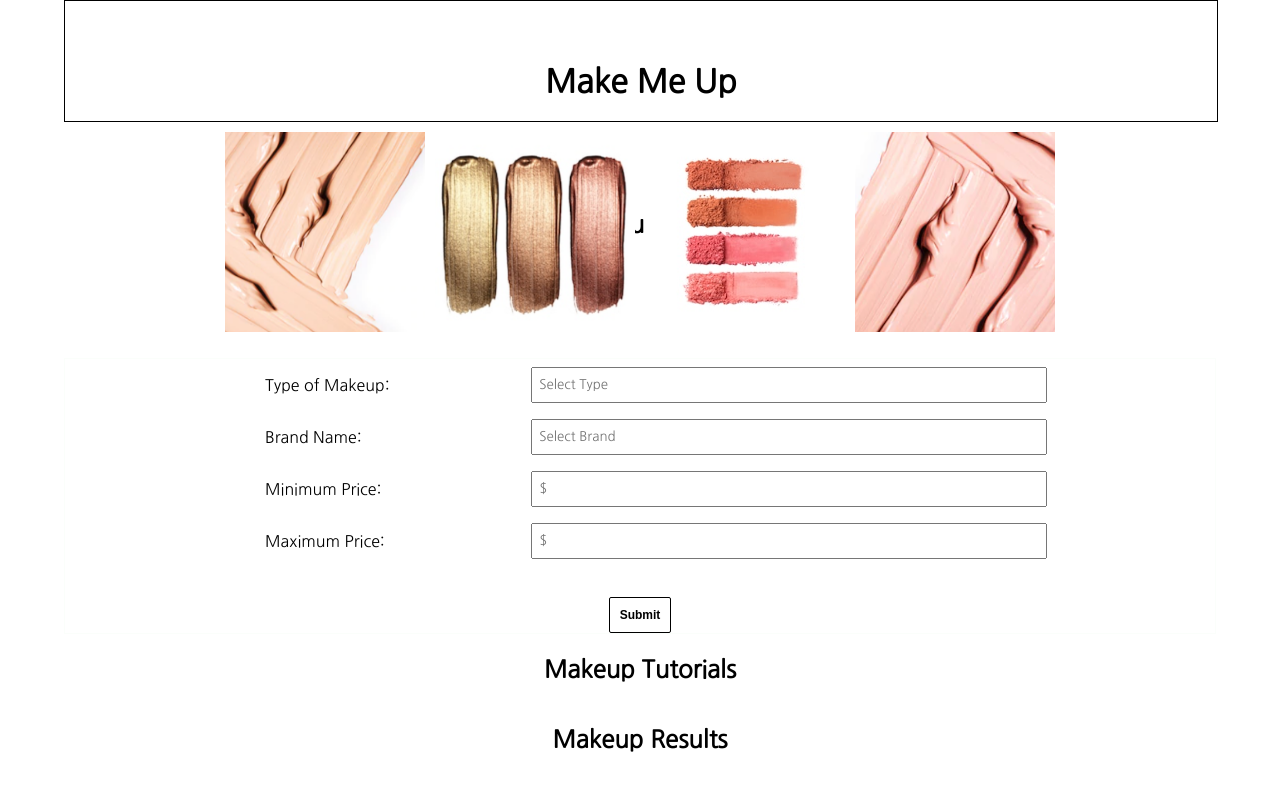
Repository: kaitlynMidori/MakeMeUp
Page: index.html
An editor plug-in stored every save of this project. The page is shown before and after the next save, followed by the edit.
The browser window is 1280 px wide. The pictures show the whole page.

Above is the page before, as saved 2020-12-13 17:23:31.

After the next save:
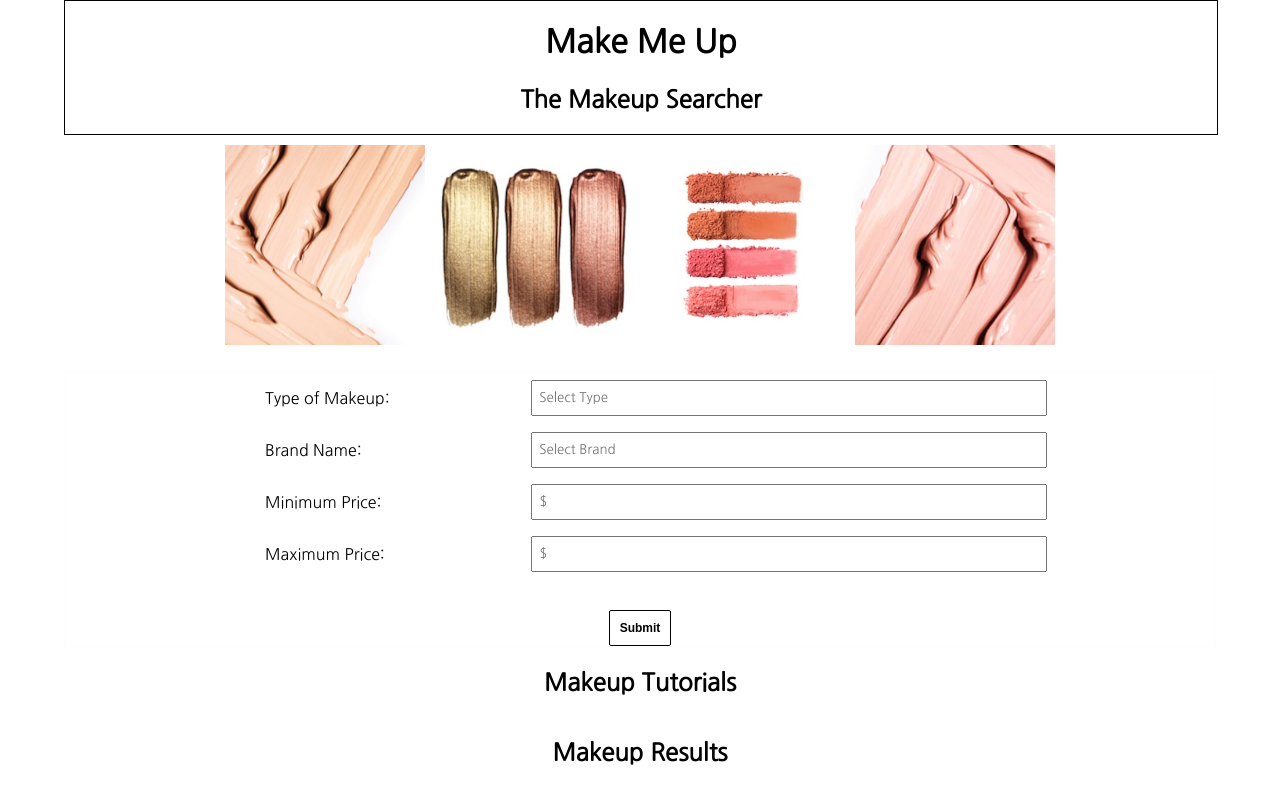
Saved 37 s later.
--- a/style.css
+++ b/style.css
@@ -22,8 +22,8 @@ hidden {
 /* header styling */
 header {
     width: 100%;
-    height: 120px;
-    line-height: 120px;
+    /* height: 120px;
+    line-height: 120px; */
     background-color: white;
     border-style: solid;
     border-width: thin;
